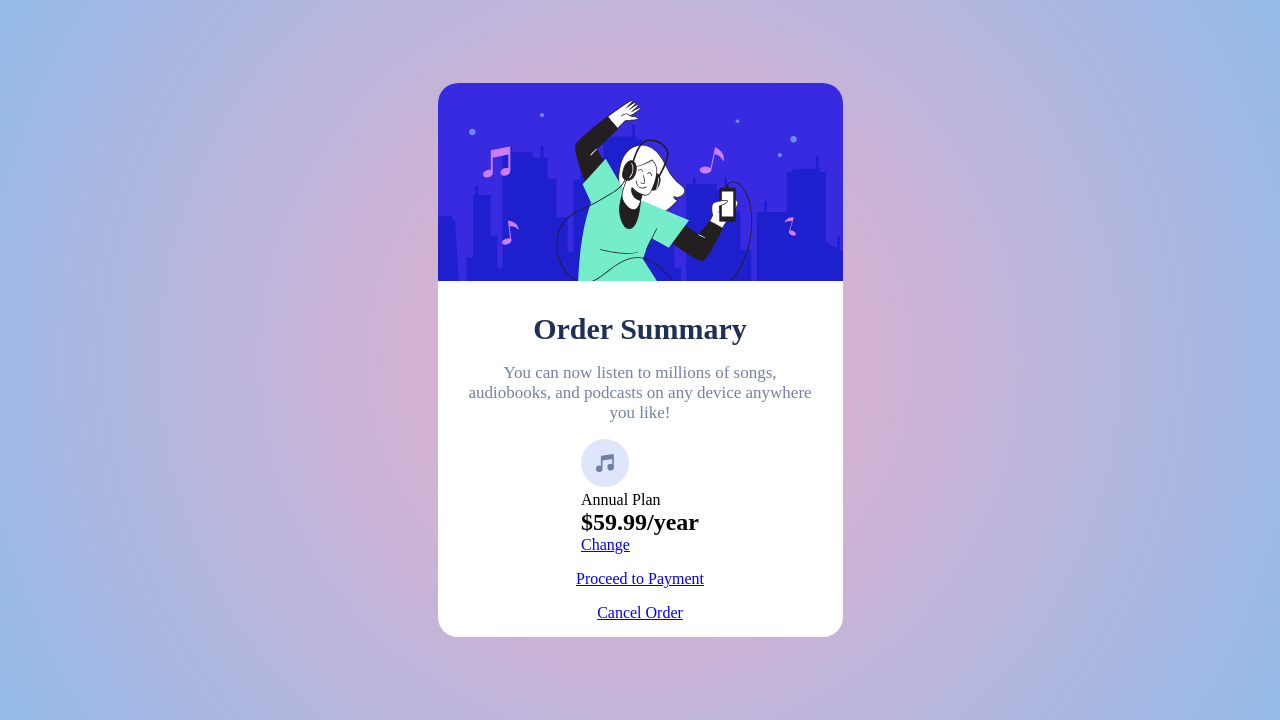
Repository: KamoliddinGIT/order-summary-card
Page: index.html
The author's editor kept a copy of each file at every save. The page is drawn from the files as they stood at one save, then again after the next save.
The browser window is 1280 px wide. The pictures show the whole page.

Above is the page before, as saved 2023-09-13 10:52:08.

After the next save:
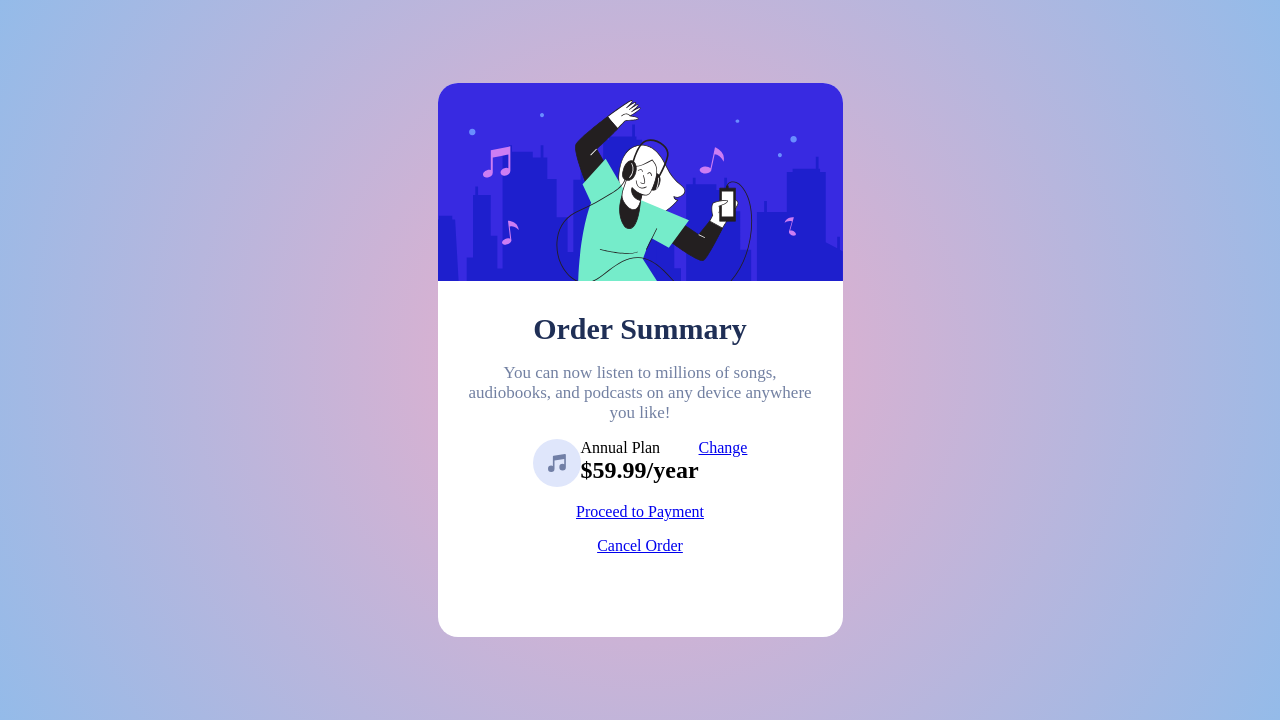
Saved 8 s later.
--- a/css/style.css
+++ b/css/style.css
@@ -55,6 +55,6 @@
   font-size: 17px;
 }
 
-.items__payment {
+.item__payment {
   display: flex;
 }
